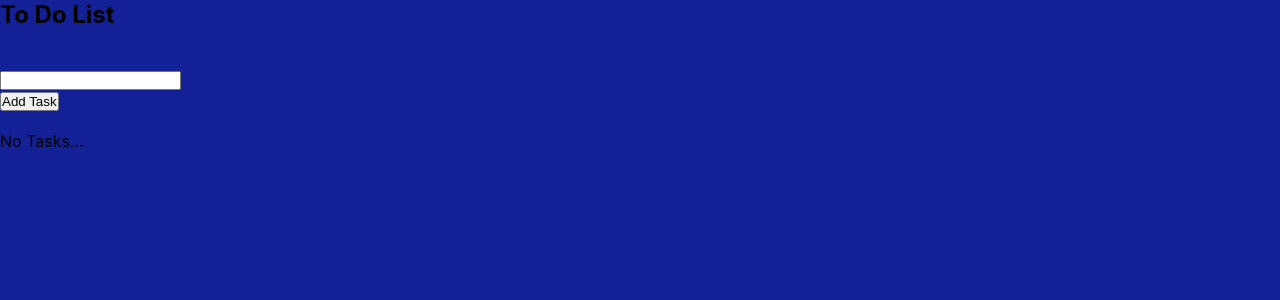
Repository: kirangautam45/ToDoList
Page: /
An editor plug-in stored every save of this project. The page is shown before and after a run of saves, followed by the edit.
The browser window is 1280 px wide. The pictures show the whole page.
The project was rebuilt for these pictures with package versions that can differ from the ones it lists, and the page was loaded fresh each time. Also part of the build but not shown: src/components/Update.js.

Above is the page before, as saved 2022-08-07 09:20:55.

### src/App.js
import { useState } from "react";
import TodoForm from "./components/TodoForm";
import Update from "./components/Update";
import ToDo from "./components/Todo";

import "./App.css";

function App() {
  // Tasks (To Do List) State
  const [toDo, setToDo] = useState([]);
  const [newTask, setNewTask] = useState("");
  const [updateData, setUpdateData] = useState("");


  // Add task
  const addTask = () => {
    if (newTask) {
      let num = toDo.length + 1;
      let newEntry = { id: num, title: newTask, status: false };
      setToDo([...toDo, newEntry]);
      setNewTask("");
    }
  };

  // Delete task
  const deleteTask = (id) => {
    let newTasks = toDo.filter((task) => task.id !== id);
    setToDo(newTasks);
  };

  // Mark task as completed
  const markDone = (id) => {
    let newTask = toDo.map((task) => {
      if (task.id === id) {
        return { ...task, status: !task.status };
      }
      return task;
    });
    setToDo(newTask);
  };

  // Cancel update
  const cancelUpdate = () => {
    setUpdateData("");
  };

  // Change task for update
  const changeTask = (e) => {
    let newEntry = {
      id: updateData.id,
      title: e.target.value,
      status: updateData.status ? true : false,
    };
    setUpdateData(newEntry);
  };

  // Update task
  const updateTask = () => {
    let filterRecords = [...toDo].filter((task) => task.id !== updateData.id);
    let updatedObject = [...filterRecords, updateData];
    setToDo(updatedObject);
    setUpdateData("");
  };
  // search task

  return (
    <div className="container App">
      <h2>To Do List</h2>
      <br />
      <br />

      {updateData && updateData ? (
        <Update
          updateData={updateData}
          changeTask={changeTask}
          updateTask={updateTask}
          cancelUpdate={cancelUpdate}
        />
      ) : (
        <TodoForm newTask={newTask} setNewTask={setNewTask} addTask={addTask} />
      )}

      {toDo && toDo.length ? "" : "No Tasks..."}

      <ToDo
        toDo={toDo}
        markDone={markDone}
        setUpdateData={setUpdateData}
        deleteTask={deleteTask}
      />

    </div>
  );
}

export default App;

### src/components/TodoForm.js
import React from "react";

const TodoForm = ({ newTask, setNewTask, addTask }) => {
  return (
    <div>
      <div className="row">
        <div className="col">
          <input
            value={newTask}
            onChange={(e) => setNewTask(e.target.value)}
            className="form-control form-control-lg"
          />
        </div>
        <div className="col-auto">
          <button onClick={addTask} className="btn btn-lg btn-success">
            Add Task
          </button>
        </div>
      </div>
      <br />
    </div>
  );
};

export default TodoForm;

### src/components/Todo.js
import React from "react";
import { FontAwesomeIcon } from "@fortawesome/react-fontawesome";
import {
  faCircleCheck,
  faPen,
  faTrashCan,
} from "@fortawesome/free-solid-svg-icons";
const Todo = ({ toDo, markDone, setUpdateData, deleteTask }) => {
  return (
    <div>
      {toDo &&
        toDo
          .sort((a, b) => (a.id > b.id ? 1 : -1))
          .map((task, index) => {
            return (
              <React.Fragment key={task.id}>
                <div className="col taskBg">
                  <div className={task.status ? "done" : ""}>
                    <span className="taskNumber">{index + 1}</span>
                    <span className="taskText">{task.title}</span>
                  </div>
                  <div className="iconsWrap">
                    <span
                      title="Completed / Not Completed"
                      onClick={(e) => markDone(task.id)}
                    >
                      <FontAwesomeIcon icon={faCircleCheck} />
                    </span>

                    {task.status ? null : (
                      <span
                        title="Edit"
                        onClick={() =>
                          setUpdateData({
                            id: task.id,
                            title: task.title,
                            status: task.status ? true : false,
                          })
                        }
                      >
                        <FontAwesomeIcon icon={faPen} />
                      </span>
                    )}

                    <span title="Delete" onClick={() => deleteTask(task.id)}>
                      <FontAwesomeIcon icon={faTrashCan} />
                    </span>
                  </div>
                </div>
              </React.Fragment>
            );
          })}
    </div>
  );
};

export default Todo;

### src/App.css
* {
  box-sizing: border-box;
  margin: 0;
  padding: 0;
  justify-content: center;
  align-items: center;
}

body {
  background: rgb(20, 33, 150)
}
.todo-app {
  display: flex;
  flex-direction: column;
  justify-content: start;
  width: 520px;
  min-height: 600px;
  background: #161a2b;
  text-align: center;
  margin: 128px auto;
  border-radius: 10px;
  padding-bottom: 32px;
}

h1 {
  margin: 32px 0;
  color: #fff;
}

.complete {
  text-decoration: line-through;
  opacity: 0.8;
}

.todo-form {
  margin-bottom: 50px;
}

.todo-input {
  padding: 14px 32px 14px 16px;
  border-radius: 4px 0 0 4px;
  border: 2px solid #5d0cff;
  outline: none;
  width: 450px;
  background: transparent;
  color: #fff;
}

.todo-input::placeholder {
  color: #e2e2e2;
}

.todo-button {
  padding: 16px;
  border: none;
  border-radius: 0 4px 4px 0;
  cursor: pointer;
  outline: none;
  background: linear;
  color: rgb(225, 40, 12);
  text-transform: capitalize;
}

.todo-input.edit {
  border: 2px solid #149fff;
}

.todo-button.edit {
  background: rgba(17, 122, 255, 1);
  padding: 16px 22px;
}

.todo-container {
  display: flex;
  flex-direction: row;
  position: relative;
}

.todo-row {
  display: flex;
  justify-content: space-between;
  align-items: center;
  margin: 4px auto;
  color: #fff;
  background:
    rgb(171, 197, 175) ;

  padding: 16px;
  border-radius: 5px;
  width: 90%;
}



.icons {
  display: flex;
  align-items: center;
  font-size: 24px;
  cursor: pointer;
}

.delete-icon {
  margin-right: 5px;
  color: #fff;
}

.edit-icon {
  color: #fff;
}

Loaded but not shown: public/index.html (common file); src/index.js (common file); src/index.css (common file); src/reportWebVitals.js (common file)

After the next 2 saves:
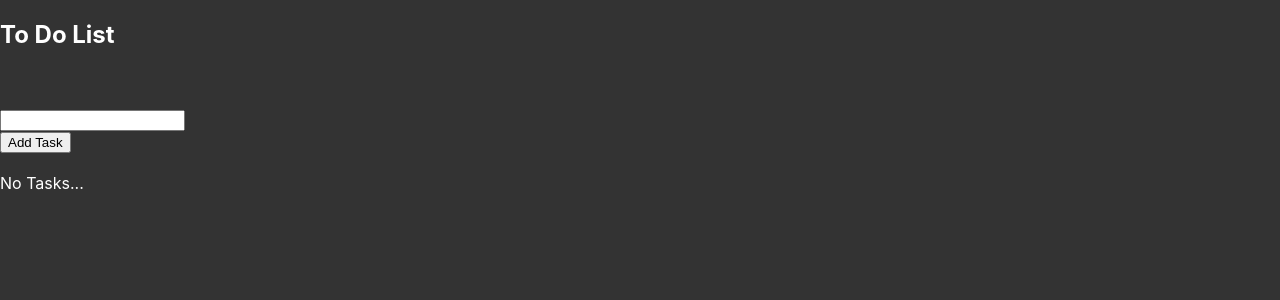
The 2 saves are shown as one change because they came seconds apart.
The last was saved 11 h 2 min later.
--- a/src/App.css
+++ b/src/App.css
@@ -1,109 +1,70 @@
-* {
-  box-sizing: border-box;
-  margin: 0;
-  padding: 0;
-  justify-content: center;
+body {
+  background-color: #333;
+  color: #fff;
+}
+con
+.App {
+  text-align: center;
+}
+
+.taskBg {
+  background-color: #555;
+  border-radius: 6px;
+  margin-bottom: 20px;
+  padding: 10px 140px 10px 15px;
+  text-align: left;
+  font-size: 22px;
+  position: relative;
+}
+
+.taskBg div {
+  display: flex;
   align-items: center;
 }
 
-body {
-  background: rgb(20, 33, 150)
-}
-.todo-app {
+.taskNumber {
+  color: rgb(180, 84, 84);
+  border: 1px solid rgb(108, 39, 39);
+  border-radius: 50%;
+  width: 26px;
+  height: 26px;
   display: flex;
-  flex-direction: column;
-  justify-content: start;
-  width: 520px;
-  min-height: 600px;
-  background: #161a2b;
   text-align: center;
-  margin: 128px auto;
-  border-radius: 10px;
-  padding-bottom: 32px;
+  font-size: 14px;
+  margin-right: 8px;
+  align-items: center;
+  justify-content: center;
 }
 
-h1 {
-  margin: 32px 0;
-  color: #fff;
+.taskBg .taskText {
+  flex: 1;
 }
 
-.complete {
+.taskBg .done .taskText {
   text-decoration: line-through;
-  opacity: 0.8;
+  opacity: 0.3;
 }
 
-.todo-form {
-  margin-bottom: 50px;
+.taskBg .iconsWrap {
+  position: absolute;
+  top: 50%;
+  transform: translateY(-50%);
+  right: 15px;
+  width: auto;
+  display: inline-block;
 }
 
-.todo-input {
-  padding: 14px 32px 14px 16px;
-  border-radius: 4px 0 0 4px;
-  border: 2px solid #5d0cff;
-  outline: none;
-  width: 450px;
-  background: transparent;
-  color: #fff;
+.taskBg .iconsWrap span {
+  display: inline-block;
+  margin: 0px 10px 0 10px;
+  cursor: pointer;
+  color: #449770;
 }
 
-.todo-input::placeholder {
-  color: #e2e2e2;
+.taskBg .iconsWrap span:hover {
+  color: rgb(110, 110, 54);
 }
 
-.todo-button {
-  padding: 16px;
-  border: none;
-  border-radius: 0 4px 4px 0;
-  cursor: pointer;
-  outline: none;
-  background: linear;
-  color: rgb(225, 40, 12);
-  text-transform: capitalize;
+.mr-20 {
+  margin-right: 20px;
 }
-
-.todo-input.edit {
-  border: 2px solid #149fff;
-}
-
-.todo-button.edit {
-  background: rgba(17, 122, 255, 1);
-  padding: 16px 22px;
-}
-
-.todo-container {
-  display: flex;
-  flex-direction: row;
-  position: relative;
-}
-
-.todo-row {
-  display: flex;
-  justify-content: space-between;
-  align-items: center;
-  margin: 4px auto;
-  color: #fff;
-  background:
-    rgb(171, 197, 175) ;
-
-  padding: 16px;
-  border-radius: 5px;
-  width: 90%;
-}
-
-
-
-.icons {
-  display: flex;
-  align-items: center;
-  font-size: 24px;
-  cursor: pointer;
-}
-
-.delete-icon {
-  margin-right: 5px;
-  color: #fff;
-}
-
-.edit-icon {
-  color: #fff;
-}
